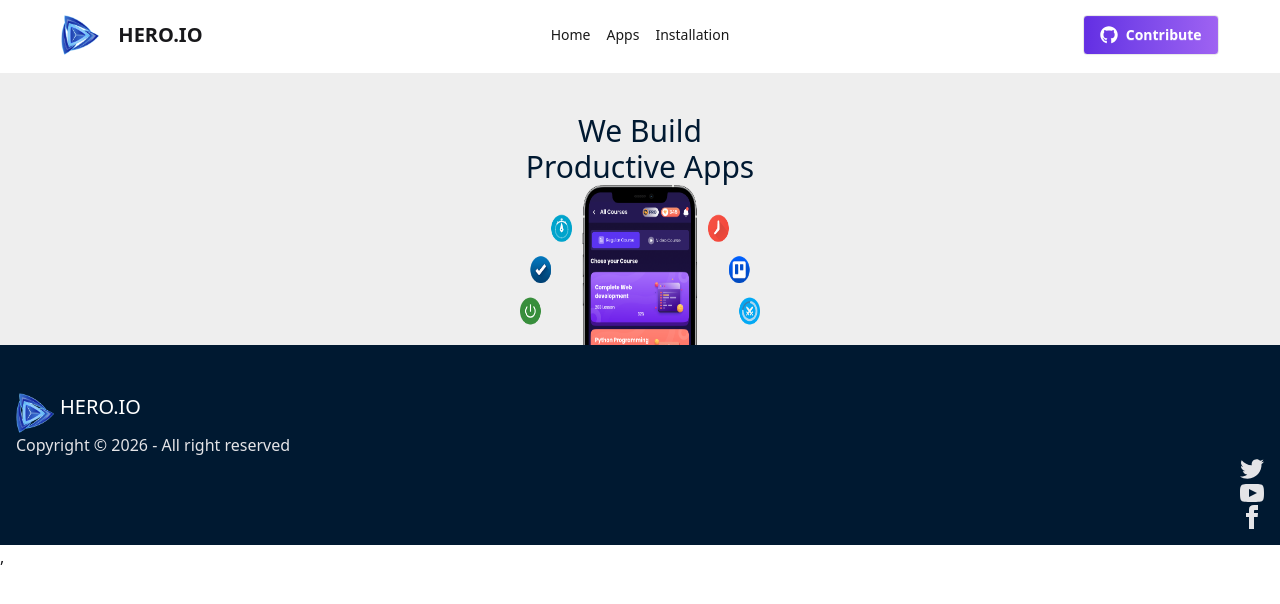
Repository: SanjidaSnigdha/Hero-app-vite-project
Page: /
An editor plug-in stored every save of this project. The page is shown before and after a run of saves, followed by the edit.
The browser window is 1280 px wide. The pictures show the whole page.
The project was rebuilt for these pictures with package versions that can differ from the ones it lists, and the page was loaded fresh each time. Also part of the build but not shown: vite.config.js, src/App.css, src/App.jsx, src/Pages/ErrorPages/ErrorPage.jsx.

Above is the page before, as saved 2026-05-23 19:56:52.

After the next 2 saves:
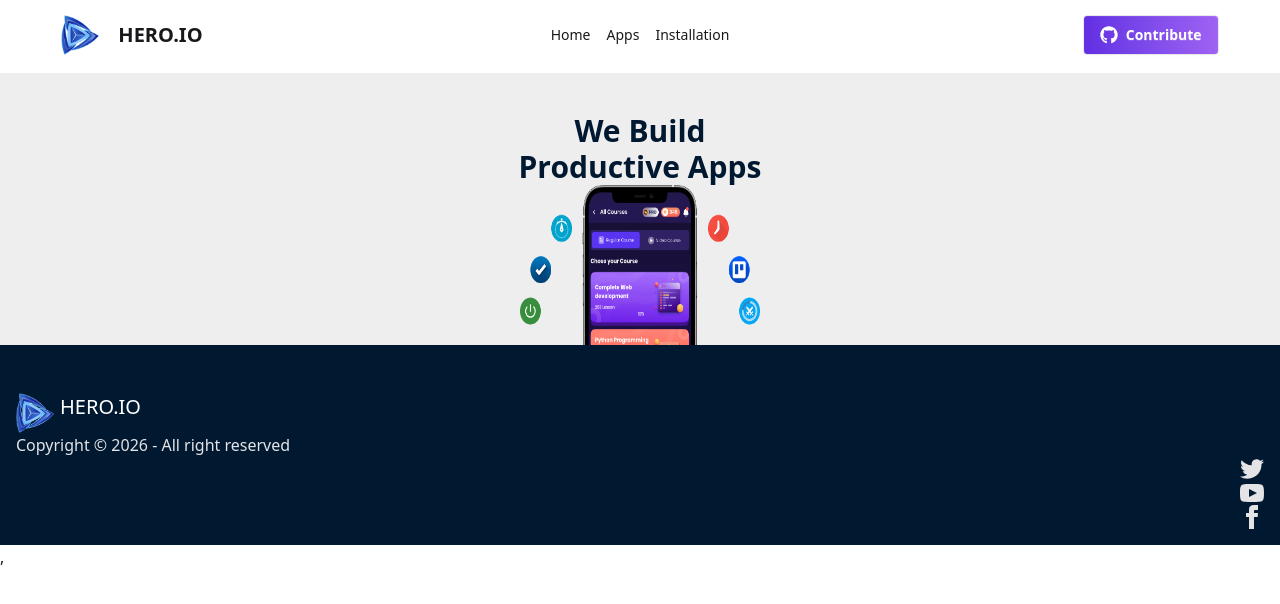
The 2 saves are shown as one change because they came seconds apart.
The last was saved 8 s later.
--- a/src/Components/Banner/Banner.jsx
+++ b/src/Components/Banner/Banner.jsx
@@ -4,7 +4,7 @@
 const Banner = () => {
     return (
         <div className='justify-center items-center text-center flex flex-col mt-1 bg-base-300'>
-            <h1 className='mt-10 text-3xl text-[#001931] '>We Build <br /><span>Productive </span>Apps</h1>
+            <h1 className='mt-10 text-3xl font-bold text-[#001931] '>We Build <br /><span>Productive </span>Apps</h1>
             <img src={bannerImg} alt="" className='w-60 h-40'/>
         </div>
     );
